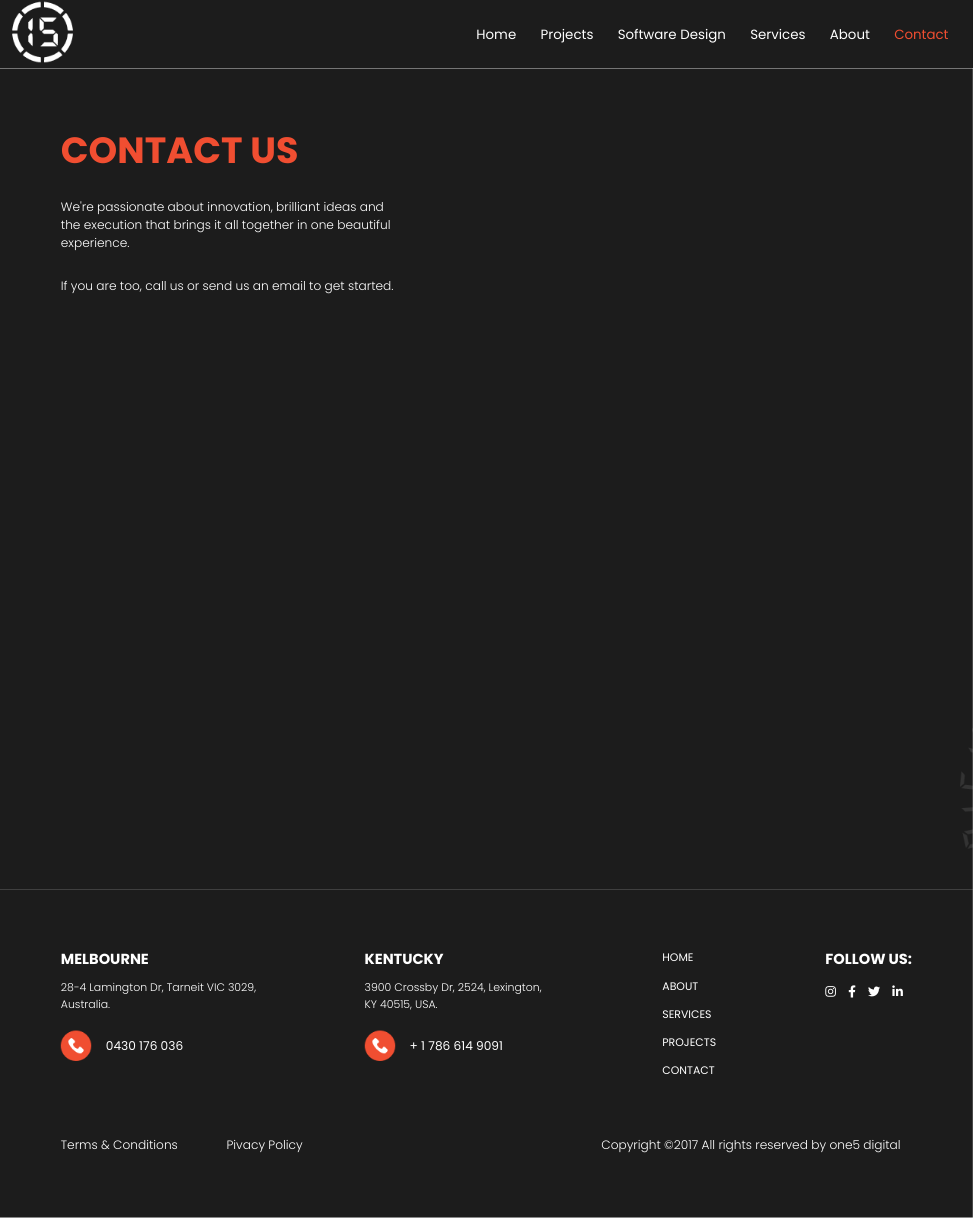
Repository: gopalpurohit54/one5
Page: /Contact
An editor plug-in stored every save of this project. The page is shown before and after the next save, followed by the edit.
The browser window is 1280 px wide. The pictures show the whole page, at 76% of full size.
The project was rebuilt for these pictures with package versions that can differ from the ones it lists, and the page was loaded fresh each time. Also part of the build but not shown: src/components/Button.js, src/components/HeroSection.css, src/components/HeroSection.js, src/components/OurProjects.css, src/components/OurProjects.js, src/components/OurServices.js, src/components/AboutUs.css, src/components/AboutUs.js and 30 more.

Above is the page before, as saved 2021-06-22 14:05:13.

After the next save:
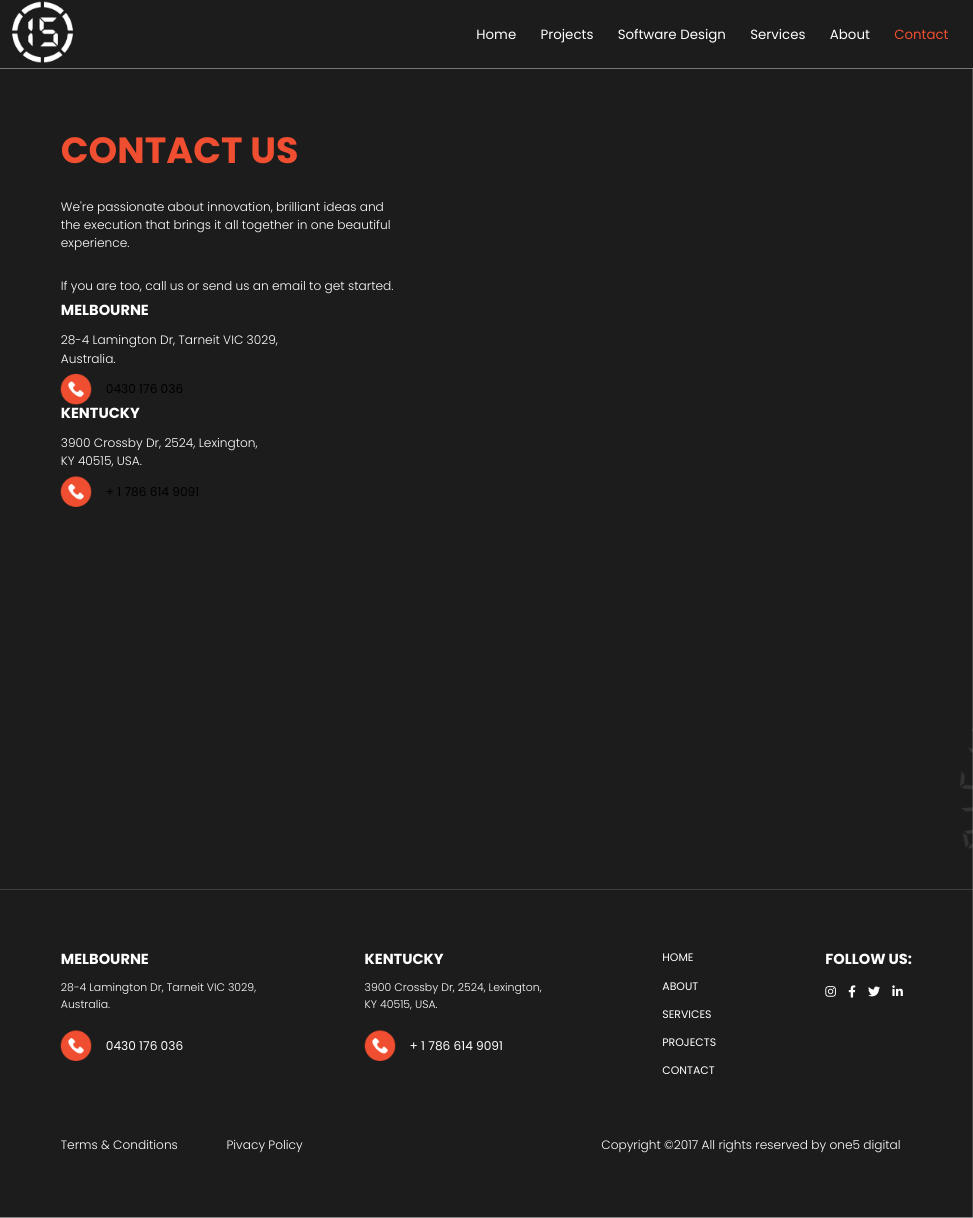
Saved 70 s later.
--- a/src/components/ContactPage.js
+++ b/src/components/ContactPage.js
@@ -10,6 +10,18 @@ function ContactPage() {
                 the execution that brings it all together in one beautiful <br/>
                 experience.</p> <br/>
                 <p>If you are too, call us or send us an email to get started.</p>
+                <div>
+                <ul className="add-1">
+                    <h6>MELBOURNE</h6>
+                    <p>28-4 Lamington Dr, Tarneit VIC 3029, <br/> Australia.</p>
+                    <div className="call"><img className="call-icon" src="./phone-icon.png" /> 0430 176 036 </div>
+                </ul>
+                <ul className="add-2">
+                    <h6>KENTUCKY</h6>
+                    <p>3900 Crossby Dr, 2524, Lexington, <br/> KY 40515, USA.</p>
+                    <div className="call"><img className="call-icon" src="./phone-icon.png" /> + 1 786 614 9091 </div>
+                </ul>
+                </div>
             </div>
             <div className="con-right">
 
